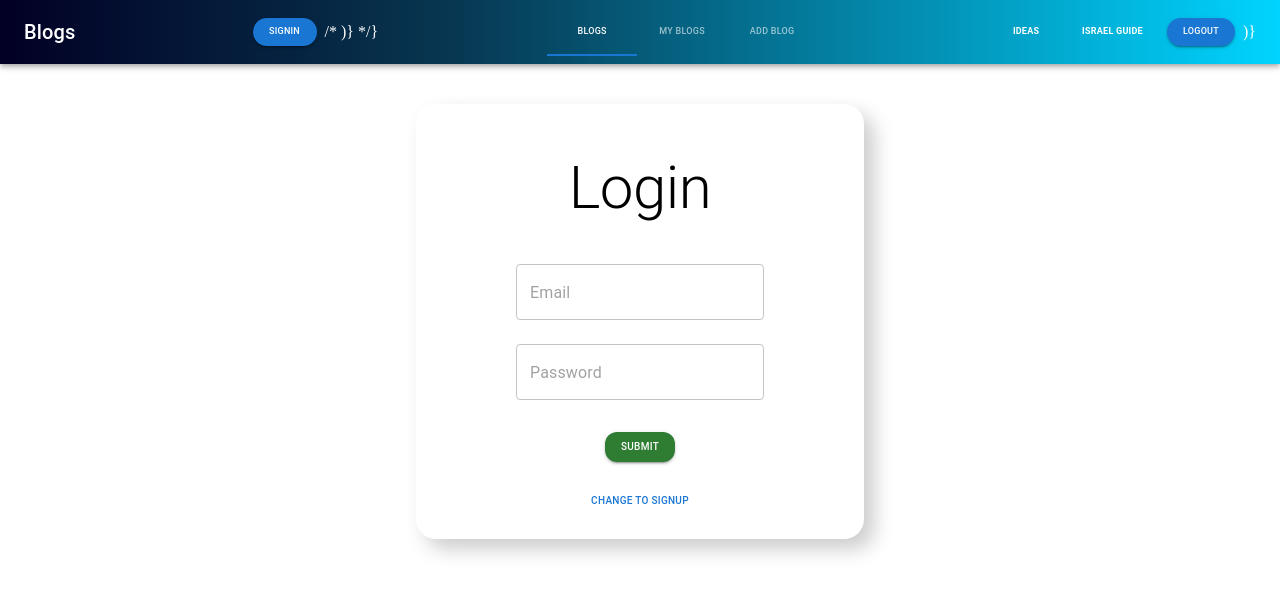
Repository: LolaSL/myBlogs
Page: /auth (app in frontend/)
These files come from the project's save history. The page is drawn as it stood at one moment and after the next save; the edit follows.
The browser window is 1280 px wide. The pictures show the whole page.
The project was rebuilt for these pictures with package versions that can differ from the ones it lists, and the page was loaded fresh each time. Also part of the build but not shown: frontend/src/components/Blog.jsx, frontend/src/components/Blogs.jsx, frontend/src/components/UserBlog.jsx, frontend/src/components/BlogDetails.jsx, frontend/src/components/AddBlog.jsx, frontend/src/pages/HotelTips.jsx, frontend/src/pages/TouristTips.jsx, frontend/src/pages/Journey.jsx and 7 more. Imported but missing from the stored project, and not drawn on this page: frontend/src/components/videos/video.webm.

Above is the page before, as saved 2024-04-11 15:32:39.

### frontend/public/index.html
<!DOCTYPE html>
<html lang="en">
  <head>
    <meta charset="utf-8" />
    <link rel="icon" href="%PUBLIC_URL%/favicon.ico" />
    <meta name="viewport" content="width=device-width, initial-scale=1" />
    <meta name="theme-color" content="#000000" />
    <meta
      name="description"
      content="Web site created using create-react-app"
    />
    <link rel="apple-touch-icon" href="%PUBLIC_URL%/logo192.png" />
    <!--
      manifest.json provides metadata used when your web app is installed on a
      user's mobile device or desktop. See https://developers.google.com/web/fundamentals/web-app-manifest/
    -->
    <link rel="manifest" href="%PUBLIC_URL%/manifest.json" />
    <!--
      Notice the use of %PUBLIC_URL% in the tags above.
      It will be replaced with the URL of the `public` folder during the build.
      Only files inside the `public` folder can be referenced from the HTML.

      Unlike "/favicon.ico" or "favicon.ico", "%PUBLIC_URL%/favicon.ico" will
      work correctly both with client-side routing and a non-root public URL.
      Learn how to configure a non-root public URL by running `npm run build`.
    -->
    <link href="https://fonts.googleapis.com/css2?family=Montserrat&display=swap" rel="stylesheet">
    <title>React App</title>
  </head>
  <body>
    <noscript>You need to enable JavaScript to run this app.</noscript>
    <div id="root"></div>
    <!--
      This HTML file is a template.
      If you open it directly in the browser, you will see an empty page.

      You can add webfonts, meta tags, or analytics to this file.
      The build step will place the bundled scripts into the <body> tag.

      To begin the development, run `npm start` or `yarn start`.
      To create a production bundle, use `npm run build` or `yarn build`.
    -->
  </body>
</html>

### frontend/src/index.js
import React from 'react';
import ReactDOM from 'react-dom/client';
import './index.css';
import App from './App';
import reportWebVitals from './reportWebVitals';
import { BrowserRouter } from 'react-router-dom';
import { Provider } from 'react-redux';
import { store } from './store'
import 'react-toastify/dist/ReactToastify.css'



const root = ReactDOM.createRoot(document.getElementById('root'));
root.render(
  <React.StrictMode>
    <BrowserRouter>
      <Provider store={store}>
        <App />
      </Provider>
      </BrowserRouter>
  </React.StrictMode>
);

// If you want to start measuring performance in your app, pass a function
// to log results (for example: reportWebVitals(console.log))
// or send to an analytics endpoint. Learn more: https://bit.ly/CRA-vitals
reportWebVitals();

### frontend/src/index.css

* {
  margin: 0;
}
.pagination {
  display: flex;
  justify-content: center;
  list-style: none;
  padding: 0;
  margin: 10px;
}

.page-item {
  margin: 0 5px;
}

.page-link {
  display: inline-block;
  padding: 5px 10px;
  background-color: #007bff;
  color: #fff;
  border: 1px solid #007bff;
  border-radius: 5px;
  text-decoration: none;
  cursor: pointer;
}

.page-link:hover {
  background-color: #0056b3;
  color: #fff;
}

### frontend/src/App.js
import React, { useEffect } from 'react';
import Header from './components/Header';
import { Route, Routes } from 'react-router-dom';
import Auth from './components/Auth.jsx';
import Blogs from './components/Blogs.jsx';
import UserBlogs from './components/UserBlog.jsx';
import BlogDetails from './components/BlogDetails.jsx';
import AddBlog from './components/AddBlog.jsx';
import { useDispatch, useSelector } from 'react-redux';
import { authActions } from './store';
import HotelTips from './pages/HotelTips.jsx';
import TouristTips from './pages/TouristTips.jsx';
import Journey from './pages/Journey.jsx';
import CompliteGuide from './pages/CompliteGuide.jsx';
import BestTimeToVisit from './pages/BestTime.jsx';
import WheatherAndClimate from './pages/WeatherAndClimate.jsx';
import ReasonToVisitIsrael from './pages/ReasonTovisitIstael.jsx';
import Airport from './pages/Airport.jsx'
import FashionStyle from './pages/FashionStyle.jsx';
import { ToastContainer } from 'react-toastify';
import HealthRecipes from './pages/HealthRecipes.jsx'



function App() {
  const dispatch = useDispatch();
  const isLoggedIn = useSelector(state => state.isLoggedIn);
  console.log(isLoggedIn)
  useEffect(() => {

    if (localStorage.getItem("userId"))
      dispatch(authActions.login())
  }, [dispatch])

  return (
    <React.Fragment>
      <header>
        <Header />
      </header>
      <main>
        <Routes>

          <Route path="/health-dinner-recipes" element={<HealthRecipes />} />
          <Route path="/fashion-style" element={<FashionStyle />} />
          <Route path="/airport" element={<Airport />} />
          <Route path="/reasons-to-visit-israel" element={<ReasonToVisitIsrael />} />
          <Route path="/wheather-and-climate" element={<WheatherAndClimate />} />
          <Route path="/best-time-to-visit" element={<BestTimeToVisit />} />
          <Route path="/slide" element={<CompliteGuide />} />
          <Route path="/journey" element={<Journey />} />
          <Route path="/tips" element={<TouristTips />} />
          <Route path="/hotel-tips" element={<HotelTips />} />
          {!isLoggedIn ? <Route path="/auth" element={<Auth />} /> :
            <>
              <Route path="/blogs" element={<Blogs />} />
              <Route path="/blogs/add" element={<AddBlog />} />
              <Route path="/myBlogs" element={<UserBlogs />} />
              <Route path="/myBlogs/:id" element={<BlogDetails />} />
            </>
          }

        </Routes>
        <ToastContainer position="bottom-center" limit={1} autoClose={3000} />
      </main>

    </React.Fragment>
  );
}

export default App;

### frontend/src/store/index.js
import { configureStore, createSlice } from '@reduxjs/toolkit';

const authSlice = createSlice({
    name: 'auth',
    initialState: { isLoggedIn: false },
    reducers: {
        login(state) {
            state.isLoggedIn = true;
        },
        logout(state) {
            localStorage.removeItem("userId")
            state.isLoggedIn = false;
        }
    }
});
export const authActions = authSlice.actions
export const store = configureStore({
    reducer: authSlice.reducer
})

### frontend/src/components/Header.jsx
import React, { useState } from "react";
import {
  AppBar,
  Toolbar,
  Typography,
  Box,
  Button,
  Tabs,
  Tab,
  useMediaQuery,
  useTheme,
  Drawer,
  List,
  ListItem,
  ListItemText,
} from "@mui/material";
import { Link } from "react-router-dom";
import { useSelector, useDispatch } from "react-redux";
import { authActions } from "../store";
import useStyles from "./utils";
import Guide from "./Guide";
import Ideas from "./Ideas";
import { toast } from "react-toastify";
import "react-toastify/dist/ReactToastify.css";

const Header = () => {
  const classes = useStyles();
  const dispatch = useDispatch();
  const isLoggedIn = useSelector((state) => state.isLoggedIn);
  const [value, setValue] = useState(0);
  const [menuOpen, setMenuOpen] = useState(false);

  const theme = useTheme();

  const isSmallScreen = useMediaQuery(theme.breakpoints.down("sm"));

  const toggleMenu = () => {
    setMenuOpen(!menuOpen);
  };

  const handleLogout = () => {
    dispatch(authActions.logout());
    toast.success("Logged out successfully!");
  };

  return (
    <AppBar
      position="sticky"
      sx={{
        background:
          "linear-gradient(90deg, rgba(2,0,36,1) 0%, rgba(7,54,80,1) 35%, rgba(0,212,255,1) 100%)",
        top: 0,
      }}
    >
      <Toolbar>
        <Typography className={classes.font} variant="h6">
          Blogs
        </Typography>
        {/* {!isLoggedIn && ( */}
          <Box
            fontSize="9px"
            position="right"
            marginLeft={"auto"}
            marginRight={"4"}
          >
            <Button
              display="flex"
              className={classes.font}
              LinkComponent={Link}
              to="/auth"
              variant="contained"
              sx={{ margin: 1, borderRadius: 10, fontSize: "9px" }}
              color="primary"
            >
              SignIn
            </Button>
          </Box>
        /* )} */}

          <>
            <Box
              fontSize="9px"
              display="flex"
              marginLeft={"auto"}
              marginRight={"auto"}
            >
              {isSmallScreen ? (
                <>
                  <Ideas />
                  <Guide />
                  <Button
                    className={classes.font}
                    onClick={toggleMenu}
                    variant="text"
                    sx={{ margin: 1, borderRadius: 10, fontSize: "9px", color: "white" }}
                  >
                    Menu
                  </Button>
                </>
              ) : (
                <Tabs
                  sx={{ fontSize: "9px" }}
                  textColor="inherit"
                  value={value}
                  onChange={(e, val) => setValue(val)}
                >
                  <Tab
                    sx={{ fontSize: "9px" }}
                    className={classes.font}
                    LinkComponent={Link}
                    to="/blogs"
                    label="Blogs"
                  />
                  <Tab
                    sx={{ fontSize: "9px" }}
                    className={classes.font}
                    LinkComponent={Link}
                    to="/myBlogs"
                    label="My Blogs"
                  />
                  <Tab
                    sx={{ fontSize: "9px" }}
                    className={classes.font}
                    LinkComponent={Link}
                    to="/blogs/add"
                    label="Add Blog"
                  />
                </Tabs>
              )}
            </Box>

            {isSmallScreen && (
              <Drawer anchor="right" open={menuOpen} onClose={toggleMenu}>
                <List>
                  <ListItem component={Link} to="/blogs">
                    <ListItemText primary="Blogs" />
                  </ListItem>
                  <ListItem component={Link} to="/myBlogs">
                    <ListItemText primary="My Blogs" />
                  </ListItem>
                  <ListItem component={Link} to="/blogs/add">
                    <ListItemText primary="Add Blog" />
                  </ListItem>
                  <ListItem onClick={toggleMenu}>
                    <ListItemText primary="Close" />
                  </ListItem>
                </List>
              </Drawer>
            )}

            {!isSmallScreen && (
              <>
                <Ideas /> <Guide />
              </>
            )}
            <Button
              className={classes.font}
              onClick={handleLogout}
              LinkComponent={Link}
              to="/auth"
              variant="contained"
              sx={{ margin: 1, borderRadius: 10, fontSize: "9px" }}
              color="primary"
            >
              LogOut
            </Button>
          </>
        )}
     </Toolbar>
    </AppBar>
  );
 };

export default Header;

### frontend/src/components/Auth.jsx
import React, { useState } from "react";
import { Box, Button, TextField, Typography } from "@mui/material";
import axios from "axios";
import { authActions } from '../store';
import { useDispatch } from 'react-redux';
import { useNavigate } from "react-router-dom";
import useStyles from "./utils";
import { toast } from 'react-toastify';
import { getError } from '../errors.js';


const Auth = () => {
  const classes = useStyles();
  const navigate = useNavigate();
  const dispatch = useDispatch();
  const [inputs, setInputs] = useState({
    name: "",
    email: "",
    password: "",
  });

  const [isSignUp, setIsSignUp] = useState(false);

  const handleChange = (e) => {
    setInputs((prevState) => ({
      ...prevState,
      [e.target.name]: e.target.value,
    }));
  };

  const sendRequest = async (type = "login") => {
    try {
      const res = await axios.post(`http://localhost:5050/api/user/${type}`, {
        name: inputs.name,
        email: inputs.email,
        password: inputs.password,
      });

      const data = res.data;
      if (type === 'signup') {
        toast.success('Signup successful!');
      } else {
        toast.success('Login successful!');
      }
      localStorage.setItem('userId', data.user._id);
      dispatch(authActions.login());
      navigate("/blogs");
    } catch (error) {
      toast.error(getError(error));
    }
  };

  const handleSubmit = (e) => {
    e.preventDefault();
    if (isSignUp) {
      sendRequest("signup");
    } else {
      sendRequest();
    }
  };

  return (
    <div>
      <form onSubmit={handleSubmit}>
        <Box
          maxWidth={400}
          display="flex"
          flexDirection={"column"}
          alignItems="center"
          justifyContent={"center"}
          boxShadow="10px 10px 20px #ccc"
          padding={3}
          margin="auto"
          marginTop={5}
          borderRadius={5}
        >
          <Typography className={classes.font} variant="h2" padding={3} textAlign="center">
            {isSignUp ? "Signup" : "Login"}
          </Typography>
          {isSignUp && (
            <TextField
              className={classes.font}
              name="name"
              onChange={handleChange}
              margin="normal"
              value={inputs.name}
              placeholder="Name"
            />
          )}
          <TextField
            className={classes.font}
            name="email"
            onChange={handleChange}
            margin="normal"
            value={inputs.email}
            placeholder="Email"
            type={"email"}
          />
          <TextField
            className={classes.font}
            name="password"
            onChange={handleChange}
            margin="normal"
            value={inputs.password}
            placeholder="Password"
            type={"password"}
          />
          <Button
            className={classes.font}
            type="submit"
            variant="contained"
            sx={{ borderRadius: 3, marginTop: 3, fontSize: "10px" }}
            color="success"
          >
            Submit
          </Button>
          <Button
            className={classes.font}
            sx={{ borderRadius: 3, marginTop: 3, fontSize: "10px" }}
            color="primary"
            onClick={(e) => setIsSignUp(!isSignUp)}
          >
            Change to {isSignUp ? "Login" : "Signup"}
          </Button>
        </Box>
      </form>
      {/* <ToastContainer/> */}
    </div>
  );
};

export default Auth;

### frontend/src/components/utils.js
import { styled, useTheme } from '@mui/system';

const useStyles = () => {
  const theme = useTheme();

  return styled({
    typography: {
      fontFamily: ['"Montserrat"', 'Open Sans'].join(',')
    },
    container: {
      paddingTop: theme.spacing(4),
      paddingBottom: theme.spacing(4),
    },
    heading: {
      fontSize: "2rem",
      fontWeight: "lighter",
      textAlign: "center",
      marginTop: theme.spacing(4),
      marginBottom: theme.spacing(4),
      padding: theme.spacing(2),
    },
    section: {
      marginTop: theme.spacing(4),
      marginBottom: theme.spacing(4),
      padding: theme.spacing(2),
    },
    article: {
      fontWeight: "lighter",
      textAlign: "justify",
    },
  });
};
export default useStyles;

### frontend/src/components/Guide.jsx
import React, { useState } from "react";
import useStyles from "./utils";
import { Menu, MenuItem, Button } from "@mui/material";
import { Link } from "react-router-dom";

const Guide = () => {
  const classes = useStyles();
  const [isMenuOpen, setIsMenuOpen] = useState(false);
  const [anchorEl, setAnchorEl] = useState(null);

  const toggleMenu = () => {
    setIsMenuOpen(!isMenuOpen);
    setAnchorEl(null);
  };

  const openMenu = (event) => {
    setAnchorEl(event.currentTarget);
  };

  return (
    <div>
      <Button
        color="info"
        className={classes.font}
        onClick={openMenu}
        sx={{
          color: "white",
          fontWeight: "bold",
          fontSize: "9px",
          margin: 1,
          borderRadius: 6,
          display: "flex",
          justifyContent: "flex",

        }}

      >
       Israel Guide
      </Button>
      <Menu
        anchorEl={anchorEl}
        open={Boolean(anchorEl)}
        onClose={() => setAnchorEl(null)}
        anchorOrigin={{
          vertical: "bottom",
          horizontal: "right",
        }}
        transformOrigin={{
          vertical: "top",
          horizontal: "right",
        }}
      >
        {" "}
        <MenuItem
          className={classes.font}
          onClick={toggleMenu}
          component={Link}
          to="/slide"
        >
          Top destinations
        </MenuItem>
        <MenuItem
          className={classes.font}
          onClick={toggleMenu}
          component={Link}
          to="/best-time-to-visit"
        >
          The best time to visit
        </MenuItem>
        <MenuItem
          className={classes.font}
          onClick={toggleMenu}
          component={Link}
          to="/wheather-and-climate"
        >
          Wheather & Climate
        </MenuItem>
        <MenuItem
          className={classes.font}
          onClick={toggleMenu}
          component={Link}
          to="/reasons-to-visit-israel"
        >
          Reasons to visit Israel
        </MenuItem>
        <MenuItem
          className={classes.font}
          onClick={toggleMenu}
          component={Link}
          to="/airport"
        >
          Ben Gurion Aeroport
        </MenuItem>
      </Menu>
    </div>
  );
};

export default Guide;

### frontend/src/components/Ideas.jsx
import React, { useState } from "react";
import useStyles from "./utils";
import { Menu, MenuItem, Button } from "@mui/material";
import { Link } from "react-router-dom";

const Ideas = () => {
  const classes = useStyles();
  const [isMenuOpen, setIsMenuOpen] = useState(false);
  const [anchorEl, setAnchorEl] = useState(null);

  const toggleMenu = () => {
    setIsMenuOpen(!isMenuOpen);
    setAnchorEl(null);
  };

  const openMenu = (event) => {
    setAnchorEl(event.currentTarget);
  };

  return (
    <div>
      <Button
        className={classes.font}
        onClick={openMenu}
        sx={{
          color: "white",
          fontWeight: "bold",
          fontSize: "9px",
          margin: 1,
          borderRadius: 6,
          display: "flex",
          justifyContent: "flex",
        }}
      >
        Ideas
      </Button>
      <Menu
        anchorEl={anchorEl}
        open={Boolean(anchorEl)}
        onClose={() => setAnchorEl(null)}
        anchorOrigin={{
          vertical: "bottom",
          horizontal: "right",
        }}
        transformOrigin={{
          vertical: "top",
          horizontal: "right",
        }}
      >
        <MenuItem
          className={classes.font}
          onClick={toggleMenu}
          component={Link}
          to="/journey"
        >
          Find your next trip and destination
        </MenuItem>
        <MenuItem
          className={classes.font}
          onClick={toggleMenu}
          component={Link}
          to="/tips"
        >
          The best tourist tips
        </MenuItem>
        <MenuItem
          className={classes.font}
          onClick={toggleMenu}
          component={Link}
          to="/hotel-tips"
        >
          Tips to find a hotel
        </MenuItem>
        <MenuItem
          className={classes.font}
          onClick={toggleMenu}
          component={Link}
          to="/fashion-style"
        >
          Fashion and Style
        </MenuItem>
        <MenuItem
          className={classes.font}
          onClick={toggleMenu}
          component={Link}
          to="/health-dinner-recipes"
        >
          A few recipes for healthier dinner
        </MenuItem>
      </Menu>
    </div>
  );
};

export default Ideas;

Loaded but not shown: frontend/src/reportWebVitals.js (common file); frontend/src/errors.js (common file)

After the next save:
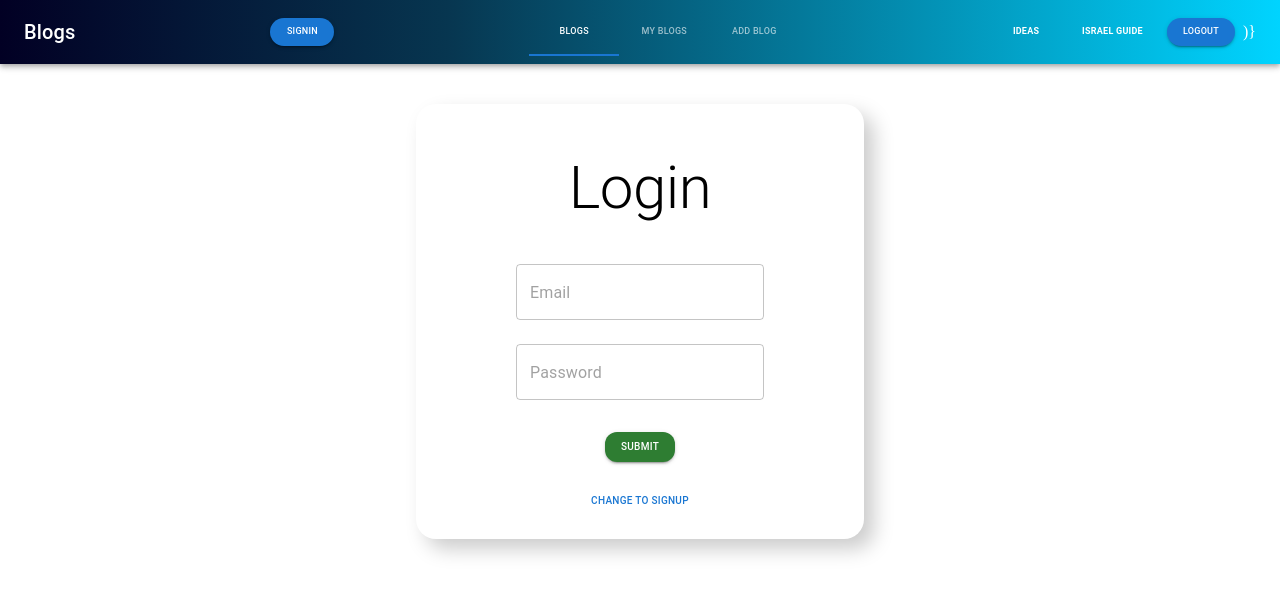
Saved 4 s later.
--- a/frontend/src/components/Header.jsx
+++ b/frontend/src/components/Header.jsx
@@ -75,7 +75,7 @@ const Header = () => {
               SignIn
             </Button>
           </Box>
-        /* )} */}
+        {/* )} */}
 
           <>
             <Box
